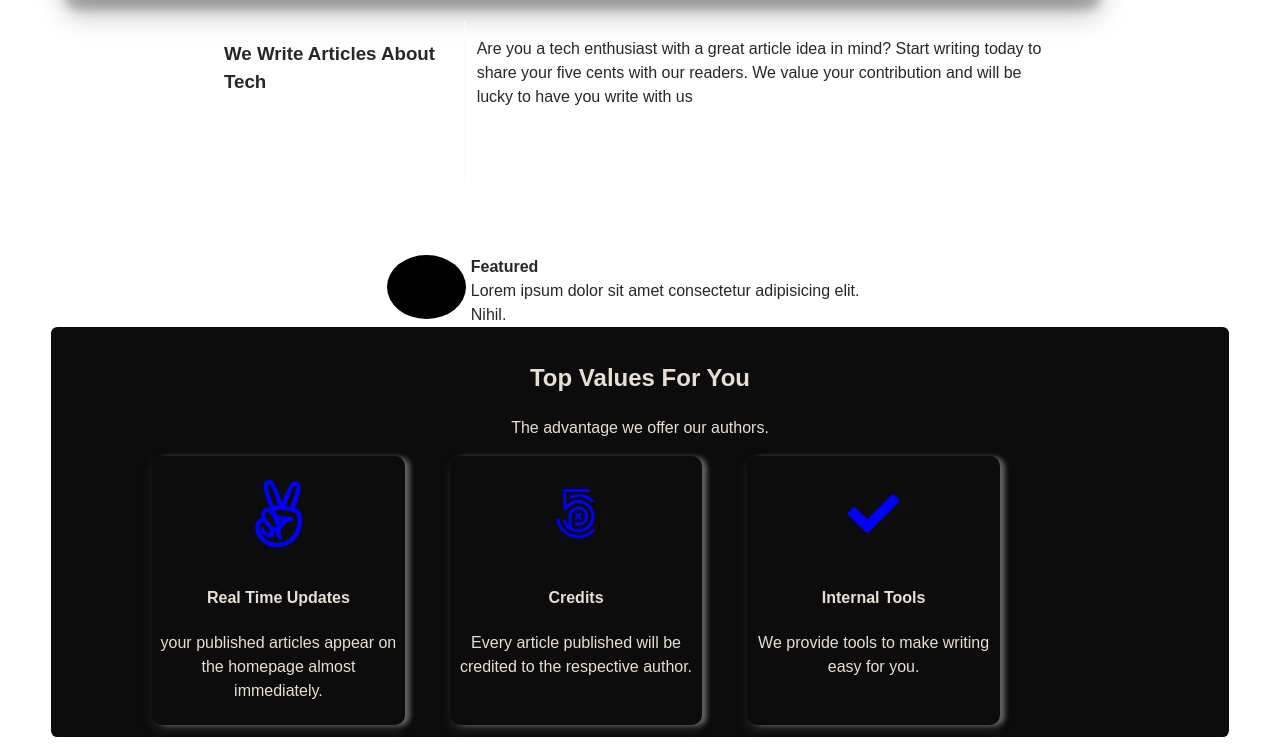
Repository: ValGrace/-static-site
Page: / (app in client/)
An editor plug-in stored every save of this project. The page is shown before and after the next save, followed by the edit.
The browser window is 1280 px wide. The pictures show the part of the page from y = 664 to 1433 px (the page is 1409 px tall before and 1433 px after).
The project was rebuilt for these pictures with package versions that can differ from the ones it lists, and the page was loaded fresh each time. Also part of the build but not shown: client/vite.config.js, client/src/Components/Login.jsx, client/src/Components/Signup.jsx, client/src/Pages/aboutPage.jsx, client/src/Pages/Articles.jsx.

Above is the page before, as saved 2023-07-01 14:00:41.

### client/index.html
<!DOCTYPE html>
<html lang="en">
  <head>
    <meta charset="UTF-8" />
    <link rel="icon" type="image/svg+xml" href="/vite.svg" />
    <meta name="viewport" content="width=device-width, initial-scale=1.0" />
    <title>Static Site Generator</title>

  </head>
  <body>
    <div id="root"></div>
    <script type="module" src="/src/main.jsx"></script>
  </body>
</html>

### client/src/main.jsx
import React from 'react'
import ReactDOM from 'react-dom/client'
import App from './App'
import './index.css'
import { BrowserRouter } from 'react-router-dom'
ReactDOM.createRoot(document.getElementById('root')).render(
  <React.StrictMode>
    <BrowserRouter>
    <App />
    </BrowserRouter>
  </React.StrictMode>,
)

### client/src/App.jsx
import PageRouter from './Routing/PageRouter'
import './App.css'


function App() {

  return (
    <div className="App">
      <PageRouter />
    </div>
  )
}

export default App

### client/src/index.css
:root {
  font-family: 'Acme', sans-serif;
  line-height: 1.5;
  font-weight: 400;

  color-scheme: light dark;
  color: rgba(7, 7, 7, 0.87);
  background-color: #ffffff;

  font-synthesis: none;
  text-rendering: optimizeLegibility;
  -webkit-font-smoothing: antialiased;
  -moz-osx-font-smoothing: grayscale;
  -webkit-text-size-adjust: 100%;
}

/* a {
  font-weight: 500;
  color: #646cff;
  text-decoration: inherit;
}
a:hover {
  color: #535bf2;
}

body {
  margin: 0;
  display: flex;
  place-items: center;
  min-width: 320px;
  min-height: 100vh;
}

h1 {
  font-size: 3.2em;
  line-height: 1.1;
}

button {
  border-radius: 8px;
  border: 1px solid transparent;
  padding: 0.6em 1.2em;
  font-size: 1em;
  font-weight: 500;
  font-family: inherit;
  background-color: #1a1a1a;
  cursor: pointer;
  transition: border-color 0.25s;
}
button:hover {
  border-color: #646cff;
}
button:focus,
button:focus-visible {
  outline: 4px auto -webkit-focus-ring-color;
}

@media (prefers-color-scheme: light) {
  :root {
    color: #213547;
    background-color: #ffffff;
  }
  a:hover {
    color: #747bff;
  }
  button {
    background-color: #f9f9f9;
  }
} */

### client/src/Routing/PageRouter.jsx
import Dashboard from "../Pages/Dashboard";
import HomePage from "../Pages/HomePage";
import { Routes, Route} from "react-router-dom"
import AboutPage from "../Pages/aboutPage";
import Articles from "../Pages/Articles";
const PageRouter = () => {
    return (
        <Routes>
            <Route exact path="/" element={ <HomePage />}/>
            <Route path="/login" element={ <Dashboard />}/>
            <Route path="/about" element={<AboutPage />} />
            <Route path="/articles" element={<Articles />} />

        </Routes>
    )
}

export default PageRouter

### client/src/App.css
.App {
  display: flex;
  flex-direction: column;
  justify-content: center;
  align-items: center;
}

### client/src/Pages/Dashboard.jsx
import React, { useReducer, useState} from 'react'
import Login from '../Components/Login'
import Signup from '../Components/Signup'
import "../Components/Inputs.css"
import { Link, useNavigate } from 'react-router-dom'
// import { useAuth } from '../Context/UserContext'
import { account } from '../Utils/appwrite'
const initialState = {page : <Login />}
function reducer(state, action) {
    switch(action.type) {
        case 'loginpage':
          return { page: <Login />}
        case 'signuppage':
            return { page: <Signup />}
        default:
            return { page: <h2>Loading....</h2>}
    }
}
const Dashboard = () => {
    const [state, dispatch] = useReducer(reducer, initialState)

    const [ error, setError] = useState('')
    const navigate = useNavigate()
    const ghostLogin = async() => {
        try {
            setError('')
            await account.createAnonymousSession();
            navigate("/")
        }
        catch {
             setError("Failed to Create anonymous account")
        }
    }
    return (
        <div className='dashboard'>
         <h2>Static Site Generator</h2>
         <div>Static site Image</div>
      <div className='dash' id='dash'>
            <div className='toggleForms'>
                <button onClick={() => dispatch({type: 'loginpage'})} className="type-btn">Login</button>
                <button onClick={() => dispatch({type: 'signuppage'})} className="type-btn">Signup</button>
                </div>
            <React.Fragment>{state.page}</React.Fragment>

            <button id="auth-btns" onClick={ghostLogin}>Login with Ghost account</button>
            <h5>{error}</h5>
         </div>
         <Link to="/home">Home</Link>
       </div>
    )
}

export default Dashboard

### client/src/Pages/HomePage.jsx
import { useState, useEffect } from "react"
import Navbar from "../Components/Navbar"
import MidSection from "../Components/MidSection"
import HomeSection from "../Components/HomeSection"
import TopSection from "../Components/TopSection"
import { HomeContext } from "../MdFiles/MdFileContext"

const HomePage = () => {
    const [markdown, setMarkdown] = useState(HomeContext)
    // useEffect(() => {
    //     fetch(HomeContext)
    //        .then((res) => res.text())
    //        .then((text) => setMarkdown(text))
    // })
    const [editor, setEditor] = useState(false)
    const editMdFile =(event) => {
        setMarkdown(event.target.value)

    }

    const viewEditor = () => {
       setEditor(true)
    }

    // const submitForm = () => {
    //     fetch("http://localhost:8080/save", {
    //         method: "POST",
    //         headers: {
    //             "Content-Type": "application/json",
    //         },
    //         body: markdown
    //     })
    // }
    return (
        <>
        <div className="topsection">
                     <Navbar />
         <TopSection />
         </div>
         <MidSection />
         <HomeSection />
         <button onClick={viewEditor} className="btn-edit">Edit</button>
         {editor &&
         <form className="md-edit" method="post" action="/articles/" >
            <textarea value={markdown} onChange={editMdFile} name="md"/>
            {/* <ReactMarkdown>`${markdown}`</ReactMarkdown>  */}
            <div className="md-btns">
                <button id="md-btn" onClick={() => setEditor(false)}>Cancel</button>
                <input type="submit" id="md-btn" value="save" />
            </div>
         </form>
}
        </>
    )
}

export default HomePage

### client/src/Components/Inputs.css
form, #dash {
    width: 80vw;
}
.signupForm, .dash, .dashboard {
   display: flex;
   flex-direction: column;
   justify-content: center;
   align-items: center;
   gap: 0.8em;
}

input, button {
    width: 80%;
    height: 3em;
    background-color: transparent;
    color: black;
}

#sign {
   width: 40vw;
}

.toggleForms {
    display: grid;
    grid-template-columns: 50% 50%;
    gap: 0.4em;
    justify-content: center;
    align-items: center;
}

#inptitle, .article-icons{
   width: 100%;
   border: 0.5px solid rgb(199, 199, 199);
   border-radius: 0.7%;

}

.article-icons {
    width: 79.9vw;
    height: 3em;
    display: flex;
    flex-direction: row;
    align-items: center;
    gap: 0.5em;
}

.article-area {
   margin-top: 0;
   display: flex;
   flex-direction: column;
   height: 90vh;

}

.type-btn {
    background-color: rgb(2, 2, 133);
    border: none;
    width: 20vw;
    border-radius: 8px;
    text-transform: uppercase;
    color: aliceblue;
    font-weight: 700;
}

.type-btn:hover {
   background-color: rgb(1, 1, 22);
}

#auth-btns {
    text-transform: uppercase;
    font-weight: 700;
}

select, option {
    border: 0.08em solid black;
    background-color: transparent;
    font-weight: 500;
    padding: 0.2rem;
}

input[type=file] {
   display: none;
}

label {
    cursor: pointer;
}

### client/src/Utils/appwrite.js
import {Client, Account} from "appwrite"

const client = new Client()

client.setEndpoint("https://cloud.appwrite.io/v1").setProject("64940746ea62d29f596e")

export const account = new Account(client)

### client/src/Components/Navbar.jsx
import { useState } from "react"
import {HiBars3BottomLeft} from 'react-icons/hi2'
import { FaTimes} from 'react-icons/fa'
import { Link} from 'react-router-dom'
import "./Navbar.css"
const Navbar = () => {
    const [clickbar, setClickbar] = useState(false)
    return (
           <>


        <nav id="bar" onClick={()=>setClickbar
        (!clickbar)}>{clickbar ? <>
           <FaTimes size="2em"/>

            <ul>
               <Link to="/"><li>home</li></Link>
                <Link to="/about"><li>about</li></Link>
                <Link to="/articles"><li>articles</li></Link>
                <Link to="/login"><li>Login</li></Link>
            </ul>

        </>: <HiBars3BottomLeft size="2em"/>}
        </nav>

        <nav id="pages">
        <ul>
                <Link to="/"><li>home</li></Link>
                <Link to="/about"><li>about</li></Link>
                <Link to="/articles"><li>articles</li></Link>
            </ul>
            <ul>
                <li><Link to="/login">Login</Link></li>
            </ul>

</nav>
        </>
    )
}

export default Navbar

### client/src/Components/MidSection.jsx
function MidSection() {
    return (
        <>
            <div className="site-descr">
        <h3>We Write Articles About Tech</h3>
        <div className="site-sep"></div>
        <p>Are you a tech enthusiast with a great article idea in mind? Start writing today to share your five cents with our readers. We value your contribution and will be lucky to have you write with us</p>
      </div>

      <div className="side-section">
            <div className="side-img">
                <img src="" alt=""/>
            </div>
            <div className="side-blogs">
                <h4>Featured</h4>
                <p>Lorem ipsum dolor sit amet consectetur adipisicing elit. Nihil.</p>
            </div>
        </div>
        </>
    )
}

export default MidSection

### client/src/Components/HomeSection.jsx
// import { GrAction, GrFormView, GrFormCheckmark} from 'react-icons/gr'
import { FaAngellist, Fa500Px, FaCheck } from 'react-icons/fa'
const HomeSection = () => {
   return (
    <div className='footer'>
    <div>
    <h2>Top Values For You</h2>
    <p>The advantage we offer our authors.</p>
    </div>
    <div className="value-section">
        <div className="single-value">

            <div id="icon-section">
                <FaAngellist size="4.2em" color="blue" fontWeight="200"/>
            </div>

            <h4>Real Time Updates</h4>
            <p>your published articles appear on the homepage almost immediately.</p>
        </div>
        <div className="single-value">
            <div id="icon-section">
                <Fa500Px size="3.2em" color="blue" />
            </div>
            <h4>Credits</h4>
            <p>Every article published will be credited to the respective author.</p>
        </div>
        <div className="single-value">
            <div id="icon-section">
                <FaCheck size="3.2em" color="blue"/>
            </div>
            <h4>Internal Tools</h4>
            <p>We provide tools to make writing easy for you.</p>
        </div>
    </div>
    </div>
   )
}

export default HomeSection

### client/src/Components/TopSection.jsx
// import { useState } from "react"
// import axios from "axios"
// import ReactHtmlParser from 'react-html-parser'
const TopSection = () => {


  // useEffect(() => {
  //   async function fetchData() {
  //     const response = await axios.get('/save')
  //     setContent(response.data)
  //   }
  //   fetchData()
  // }, [])
    return (
      <>

      <div className="top-text" id="top-text">
      <h2 id="htitle">Static Site Generator

         </h2>
      <p>Welcome to your number one solution to writing and publishing articles. We generate an optimied web page when you publsih your article and make it available to our thousands of daily readers.</p>
      </div>
      <div className="head-section">
        <div className="head-img">
            <img src="https://images.pexels.com/photos/577585/pexels-photo-577585.jpeg?auto=compress&cs=tinysrgb&w=1260&h=750&dpr=1" alt="sec-photo" />
        </div>

      </div>

      </>
    )
}

export default TopSection

### client/src/MdFiles/MdFileContext.js


export const HomeContext = `
---
title: Modify this Blog Title

featured_image: https://images.pexels.com/photos/577585/pexels-photo-577585.jpeg?auto=compress&cs=tinysrgb&w=1260&h=750&dpr=1
description: Lorem ipsum dolor sit amet consectetur adipisicing elit. Soluta beatae, nam laboriosam voluptatum perspiciatis impedit esse quas molestiae cupiditate voluptatem iste quasi dolor.
---
Lorem ipsum dolor sit amet, consectetur adipisicing elit. Impedit illo aspernatur dicta qui, repellat, placeat non consectetur pariatur repellendus reprehenderit voluptatum, molestias cumque facere quisquam.

`

### client/src/Components/InfoPage.css
#about-page {
    font-size:2rem;
    text-transform: capitalize;

    width: 80vw;

    text-align: center;
}

.about-mid {
   display: flex;
   gap: 0.4rem;
   flex-wrap: wrap;
   flex-direction: column;
}

.about-info, .abt-context {
    /* width: 25vw; */
    display: flex;
    flex-direction: column;

}
#context {
    width: 75vw;
}

.abt-img {
    background-color: rgba(54, 4, 4, 0.685);
    width: 40vw;

}

.abt-img > img {
    width: 100%;
    height: 100%;
}


.md-editor {
    width: 80vw;
    height: 90vh;
    margin: auto;
    display: flex;
    flex-direction: column;
    border: 0.5px solid rgb(97, 97, 97);

}

.footer {
    background-color: rgb(12, 12, 12);
    padding: 0.8em;
    width: 90vw;
    text-align: center;
    color: rgba(247, 237, 225, 0.938);
    border-radius: 0.4em;
}

#txtarea {
    resize: none;
    width: 100%;
    height: 60vh;
    background-color: transparent;
    border: none;
    font-family: 'Acme', sans-serif;
}
.md-edit {
    position: absolute;
    width: 80vw;
    height: 90vh;
    top: 10%;
    background-color: rgb(0, 0, 0);
    display: flex;
    flex-direction: column;
    align-items: center;
    gap: 0.4em;
}

.md-edit > textarea {
    resize: none;
    width: 90%;
    height: 80%;
    background-color: rgb(29, 28, 28);
    color: rgba(240, 248, 255, 0.932);
    border-radius: 8px;
    border: none;

}

.md-btns {
    display: flex;
   justify-content: center;
   align-items: center;
    gap: 0.7em;
    width: 90%;
}

#md-btn {
    width: 30%;
    background-color: rgb(71, 71, 71);
    color: rgb(218, 218, 218);
    text-transform: uppercase;
    font-weight: 400;
    border: none;
    border-radius: 0.2em;

}
@media screen and (min-width: 670px) {
    #abt-info {
        flex-direction: row-reverse;
    }
    .about-info, .abt-context {
        flex-direction: row;
        justify-content: center;
        gap: 0.8em;

    }
    .abt-pg {
        display: flex;
        flex-direction: column;
        width: 40vw;
    }
    .abt-img {
        width: 40vw;
    }

}

### client/src/Components/Navbar.css
nav {
    width: 70vw;
    height: 20vh;
    display: flex;
}

nav > ul{
  display: flex;
  flex-direction: row;
  text-transform: uppercase;
  list-style-type: none;
  justify-content: center;
  align-items: center;
  gap: 4em;
  font-weight: 600;
  font-size: 1.5rem;
  flex-grow: 1;
}

#top-text {
    width: 80vw;
}

#top-text > h2 {
    font-size: 4.5rem;
    text-transform: capitalize;
    margin: 0;
    /* float: left; */
}

#top-text > p {
    float: right;

}

.head-section {
    display: flex;
    width: 90vw;
    gap: 0.5em;
    flex-wrap: wrap;
}

.head-img {
    background-color: rgb(14, 13, 29);
    width: 90%;
    border-radius: 0.9em;
    height: 45vh;
    box-shadow: rgba(0, 0, 0, 0.25) 0px 14px 28px, rgba(0, 0, 0, 0.22) 0px 10px 10px;
}

.head-img > img {
    width: 100%;
    height: 100%;
    border-radius: 0.9em;
}

.side-section {
    display: flex;
    flex-direction: row;
    gap: 0.3rem;
    width: 40%;
}

.side-img {
    background-color: black;
    width: 5rem;
    height: 4rem;
    border-radius: 50%;
}

.side-blogs > h4, .side-blogs > p {
    margin: 0;
}

.btn-edit {
    position: fixed;
    right: 5%;
    bottom: 20%;
    width: auto;
    padding: 8px;
    background-color: rgb(2, 2, 39);
    color: aliceblue;
    text-transform: uppercase;
    font-weight: 600;
    border: none;
    border-radius: 8px;
}
.site-descr {
    width:65vw;

    border-radius: 9px;
    margin-top: 0.9rem;
    display: flex;
    /* gap: 0.4rem; */
    padding: 0.4rem;
    height: 25vh;
    margin-bottom: 3em;
}

#pages > ul {

    flex-direction: column;
}

.site-descr > p {
    width: 75%;
}
.site-sep {
    width: 0.1rem;
    height: 90%;
    background-color: azure;
    margin-right: 0.7rem;
}


.value-section {
   width: 80vw;
    display: flex;
    gap: 2.8rem;
    flex-wrap: wrap;
    /* color: rgb(20, 20, 20); */
    justify-content: center;
    align-items: center;
}

.single-value {
    box-shadow:
		5px 1px 5px rgb(97, 96, 96),
        0 5px 7px 2px rgba(32, 32, 32, 0.733);
    border-radius: 10px;
    background-color: rgb(12, 12, 12);
    padding: 0.4em;
    width: 15em;
    height: 16em;
}

#icon-section {
    width: 100%;
    height: 40%;
    display:flex;
    justify-content: center;
    align-items: center;
}



@media screen and (min-width: 1200px) {
    #bar {
      display: none;
    }
    #pages > ul{
        flex-direction: row;
    }

  }

@media screen and (max-width: 1200px) {
    #pages {
      display: none;
    }
   #bar {
        flex-direction: column;

    }
    #bar > ul {
        flex-direction: column;
        gap: 2em;
        background-color: rgba(255, 255, 255, 0.979);
        color: rgb(2, 6, 56);
        width: 90vw;
        height: 70vh;
        position: absolute;
        top: 0;
        right: 0;
    }
}

After the next save:
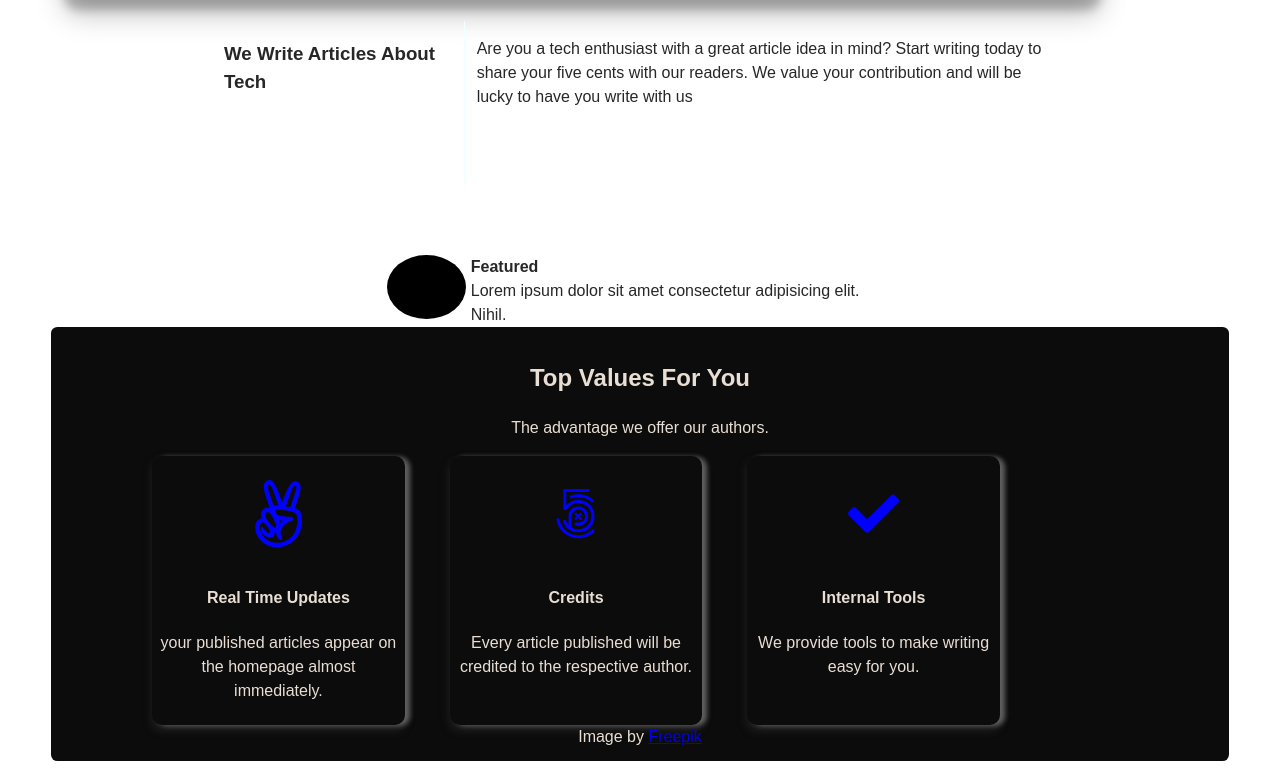
Saved 4 min 3 s later.
--- a/client/src/Components/HomeSection.jsx
+++ b/client/src/Components/HomeSection.jsx
@@ -32,6 +32,7 @@ const HomeSection = () => {
             <p>We provide tools to make writing easy for you.</p>
         </div>
     </div>
+    Image by <a href="https://www.freepik.com/free-photo/overhead-view-coffee-cup-keyboard-camera-paper-white-background_3787339.htm#query=blog%20website%20bg&position=49&from_view=search&track=ais">Freepik</a>
     </div>
    )
 }
